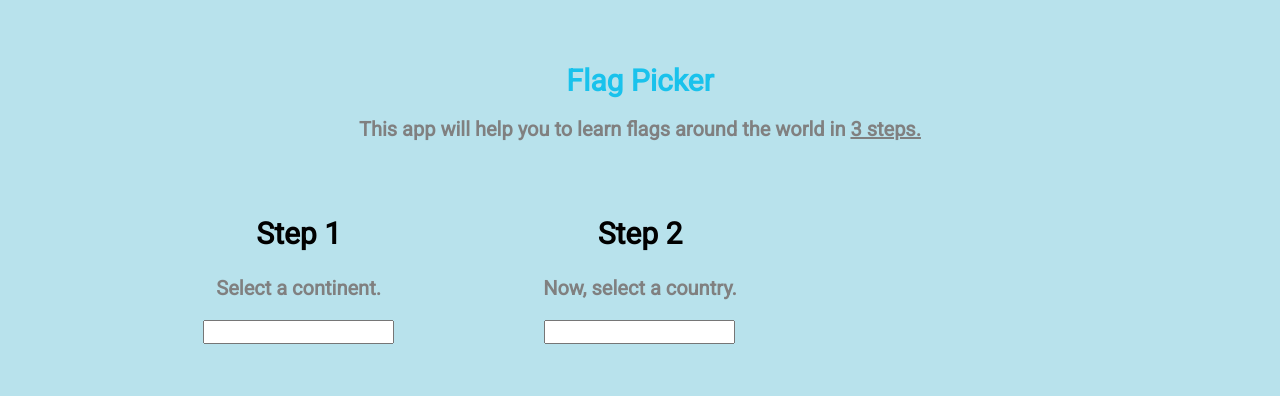
Repository: paras-shah/flag-app
Page: /
An editor plug-in stored every save of this project. The page is shown before and after the next save, followed by the edit.
The browser window is 1280 px wide. The pictures show the whole page.
The project was rebuilt for these pictures with package versions that can differ from the ones it lists, and the page was loaded fresh each time.

Above is the page before, as saved 2020-02-11 22:01:36.

### public/index.html
<!DOCTYPE html>
<html lang="en">
  <head>
    <meta charset="utf-8" />
    <link rel="icon" href="%PUBLIC_URL%/favicon.ico" />
    <meta name="viewport" content="width=device-width, initial-scale=1" />
    <meta name="theme-color" content="#000000" />
    <meta
      name="description"
      content="Web site created using create-react-app"
    />
    <link rel="apple-touch-icon" href="%PUBLIC_URL%/logo192.png" />
    <link href="https://fonts.googleapis.com/css?family=Roboto&display=swap" rel="stylesheet">
    <!--
      manifest.json provides metadata used when your web app is installed on a
      user's mobile device or desktop. See https://developers.google.com/web/fundamentals/web-app-manifest/
    -->
    <link rel="manifest" href="%PUBLIC_URL%/manifest.json" />
    <!--
      Notice the use of %PUBLIC_URL% in the tags above.
      It will be replaced with the URL of the `public` folder during the build.
      Only files inside the `public` folder can be referenced from the HTML.

      Unlike "/favicon.ico" or "favicon.ico", "%PUBLIC_URL%/favicon.ico" will
      work correctly both with client-side routing and a non-root public URL.
      Learn how to configure a non-root public URL by running `npm run build`.
    -->
    <title>Flag App</title>
  </head>
  <body>
    <noscript>You need to enable JavaScript to run this app.</noscript>
    <div id="root"></div>
    <!--
      This HTML file is a template.
      If you open it directly in the browser, you will see an empty page.

      You can add webfonts, meta tags, or analytics to this file.
      The build step will place the bundled scripts into the <body> tag.

      To begin the development, run `npm start` or `yarn start`.
      To create a production bundle, use `npm run build` or `yarn build`.
    -->
  </body>
</html>

### src/index.js
import React from 'react';
import ReactDOM from 'react-dom';

import './style/normalize.css';
import './style/index.css';

import App from './App';

ReactDOM.render(<App />, document.getElementById('root'));

### src/style/index.css
body {
	margin: 0;
	font-family: -apple-system, BlinkMacSystemFont, "Segoe UI", "Roboto",
		"Oxygen", "Ubuntu", "Cantarell", "Fira Sans", "Droid Sans",
		"Helvetica Neue", sans-serif;
	-webkit-font-smoothing: antialiased;
	-moz-osx-font-smoothing: grayscale;
	background-color: rgb(184, 226, 236);
}

.app-main {
	margin: 1% auto;
	padding: 10px;
	text-align: center;
  width: 80%;
  font-family: "Roboto";
}

header {
	margin: 4% auto;
}

.mainText {
	font-size: 30px;
}

h1.mainText {
	color: rgb(25, 194, 236);
}

.subText {
	font-size: 20px;
	color: grey;
}

h2 span {
	text-decoration: underline;
}

/* content */
.app-content {
	display: flex;
	flex-direction: row;
	justify-content: flex-start;
}

.app-content .column {
  width: 33.3%;
  padding: 1%;
}

### src/App.js
import React from 'react';

// Components
import Search from "./components/Search";

// Config
import COPY from "./config/copy";
import data from "./config/continents.json";


class App extends React.Component {
  constructor(props) {
    super(props);

    this.state = {
      flagData: null,
      selectedContinent: null,
      selectedCountry: [],
    }
  }

  componentDidMount() {
    this.setState({ flagData: data });
  }


  render() {
    return (
      <main className="app-main">
        <header className="app-header">
          <h1 className="mainText">{COPY.HEADER_TEXT}</h1>
          <h2 className="subText">{COPY.HEADER_SUBTEXT} <span> {COPY.HEADER_SUBTEXT_TWO} </span></h2>
        </header>

        <div className="app-content">
          {/* Continent */}
          <section className="column">
            <h2 className="mainText">{COPY.COLUMN_ONE_HEADING}</h2>
            <h3 className="subText">{COPY.COLUMN_ONE_SUBTEXT} </h3>

            <Search />
          </section>

          {/* Country */}
          <section className="column">
            <h2 className="mainText">{COPY.COLUMN_TWO_HEADING}</h2>
            <h3 className="subText">{COPY.COLUMN_TWO_SUBTEXT} </h3>

            <Search />
          </section>

          {/* Flag Column */}
          <section className="column">

          </section>

        </div>
      </main>
    );
  }
}

export default App;

### src/components/Search.js
import React from "react";

class Search extends React.Component {
    constructor(props) {
        super(props);

        this.state = {
            textValue: '',
            allValues: props.possibleValues,
            possibleValuesBasedOnText: props.possibleValues,
            type: props.type,
            selectedValue: props.selectType === "Multi"? []: ''
        }

        this.onTextChange = this.onTextChange.bind(this);
    }

    onTextChange = (event) => {
        this.setState({ value: event.target.value });
    }


    render() {
        return <input type="text" value={this.state.value}
        onChange={this.onTextChange} />
    }
}

export default Search;

### src/config/copy.js
export default {
    HEADER_TEXT : "Flag Picker",
    HEADER_SUBTEXT : "This app will help you to learn flags around the world in",
    HEADER_SUBTEXT_TWO : "3 steps.",

    COLUMN_ONE_HEADING:"Step 1",
    COLUMN_ONE_SUBTEXT:"Select a continent.",

    COLUMN_TWO_HEADING:"Step 2",
    COLUMN_TWO_SUBTEXT:"Now, select a country.",

    COLUMN_THREE_HEADING:"Step 3",
    COLUMN_THREE_SUBTEXT:"Flags.",

    SELECTED:"You selected",



};

### src/config/continents.json
[
	{
		"continent": "Africa",
		"countries": [
			{
				"name": "Nigeria",
				"flag": "🇳🇬"
			},
			{
				"name": "Ethiopia",
				"flag": "🇪🇹"
			},
			{
				"name": "Egypt",
				"flag": "🇪🇬"
			},
			{
				"name": "DR Congo",
				"flag": "🇨🇩"
			},
			{
				"name": "South Africa",
				"flag": "🇿🇦"
			}
		]
	},
	{
		"continent": "America",
		"countries": [
			{
				"name": "USA",
				"flag": "🇺🇸"
			},
			{
				"name": "Brazil",
				"flag": "🇧🇷"
			},
			{
				"name": "Mexico",
				"flag": "🇲🇽"
			},
			{
				"name": "Colombia",
				"flag": "🇨🇴"
			},
			{
				"name": "Argentina",
				"flag": "🇦🇷"
			}
		]
	},
	{
		"continent": "Asia",
		"countries": [
			{
				"name": "China",
				"flag": "🇨🇳"
			},
			{
				"name": "India",
				"flag": "🇮🇳"
			},
			{
				"name": "Indonesia",
				"flag": "🇮🇩"
			},
			{
				"name": "Pakistan",
				"flag": "🇵🇰"
			},
			{
				"name": "Bangladesh",
				"flag": "🇧🇩"
			}
		]
	},
	{
		"continent": "Europe",
		"countries": [
			{
				"name": "Russia",
				"flag": "🇷🇺"
			},
			{
				"name": "Germany",
				"flag": "🇩🇪"
			},
			{
				"name": "UK",
				"flag": "🇬🇧"
			},
			{
				"name": "France",
				"flag": "🇫🇷"
			},
			{
				"name": "Italy",
				"flag": "🇮🇹"
			}
		]
	},
	{
		"continent": "Oceania",
		"countries": [
			{
				"name": "Australia",
				"flag": "🇦🇺"
			},
			{
				"name": "Papua New Guinea",
				"flag": "🇵🇬"
			},
			{
				"name": "New Zealand",
				"flag": "🇳🇿"
			},
			{
				"name": "Fiji",
				"flag": "🇫🇯"
			},
			{
				"name": "Solomon Islands",
				"flag": "🇸🇧"
			}
		]
	}
]

Loaded but not shown: src/style/normalize.css (library)

After the next save:
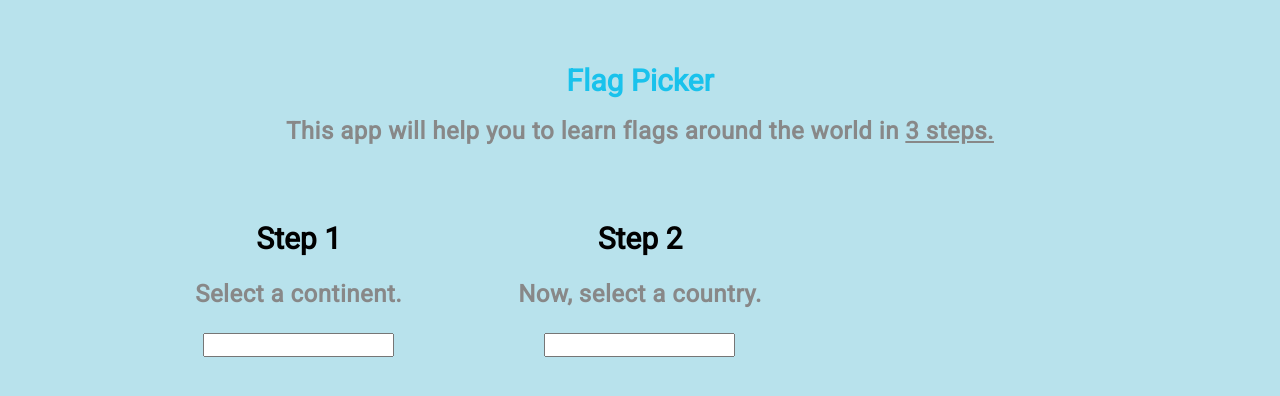
Saved 87 s later.
--- a/src/style/index.css
+++ b/src/style/index.css
@@ -12,8 +12,8 @@ body {
 	margin: 1% auto;
 	padding: 10px;
 	text-align: center;
-  width: 80%;
-  font-family: "Roboto";
+	width: 80%;
+	font-family: "Roboto";
 }
 
 header {
@@ -29,8 +29,9 @@ h1.mainText {
 }
 
 .subText {
-	font-size: 20px;
-	color: grey;
+	font-size: 24px;
+	color: #888;
+	letter-spacing: 0.5px;
 }
 
 h2 span {
@@ -45,6 +46,6 @@ h2 span {
 }
 
 .app-content .column {
-  width: 33.3%;
-  padding: 1%;
+	width: 33.3%;
+	padding: 1%;
 }
